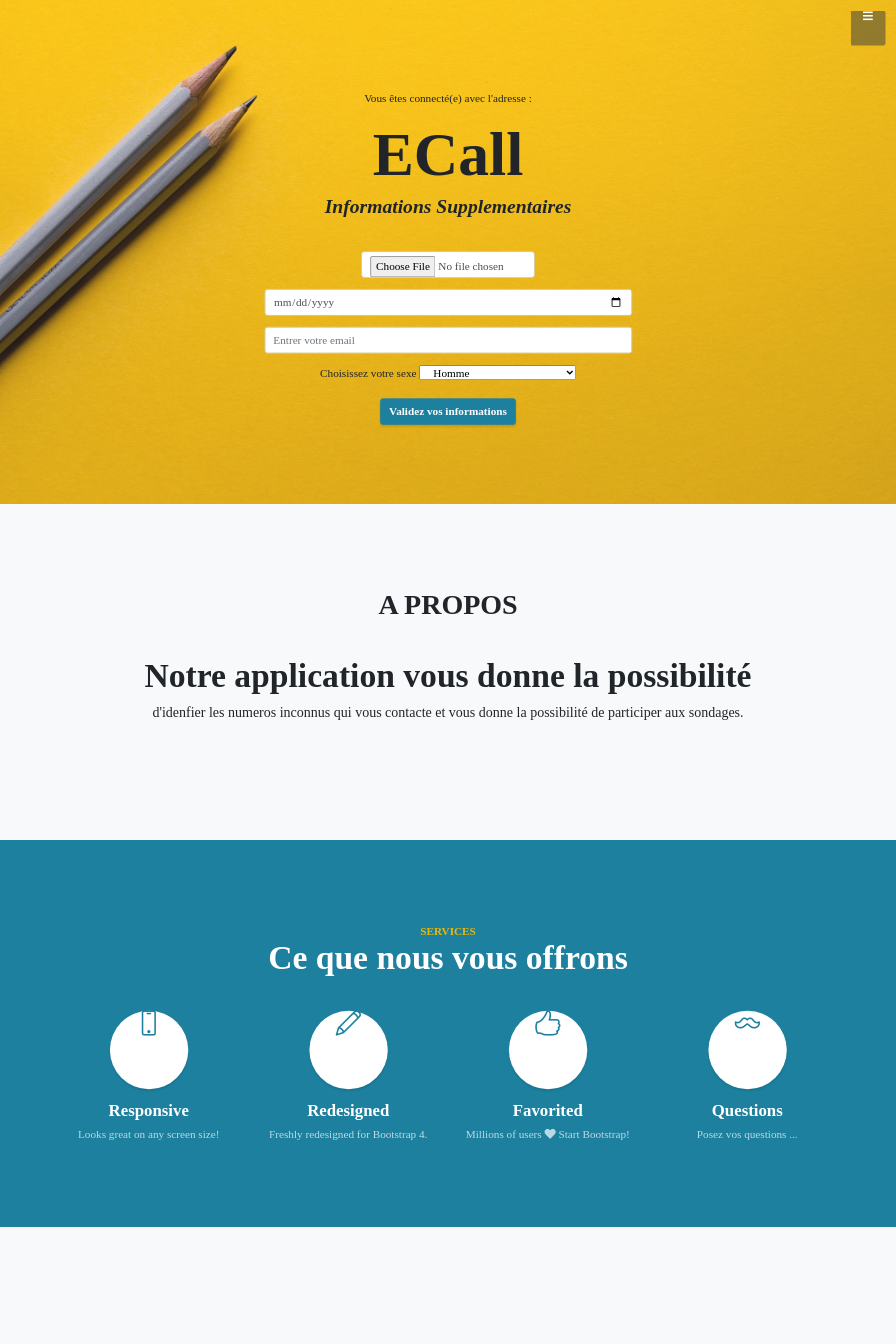
Repository: marco667/E-Callers
Page: http://localhost/E-Call/InfosSupplements
An editor plug-in stored every save of this project. The page is shown before and after the next save, followed by the edit.
The browser window is 1280 px wide. The pictures show the part of the page from y = 0 to 1920 px (the page is 3387 px tall), at 70% of full size.
Some web fonts or font styles are not loaded; a fallback is used. The page is served by Tomcat 9.

Above is the page before, as saved 2019-06-28 19:04:29.

After the next save:
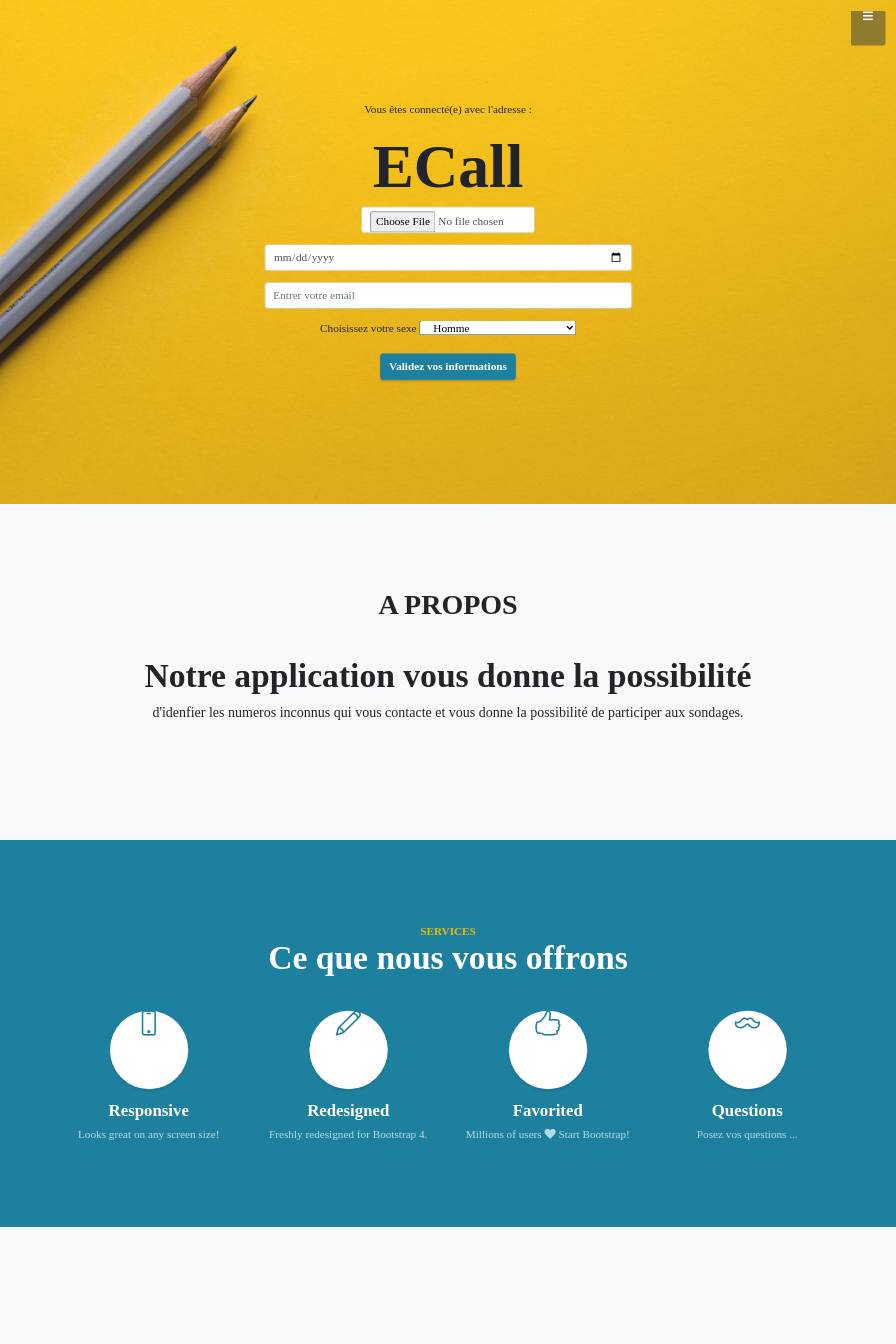
Saved 6 min 23 s later.
--- a/E-Call/WebContent/WEB-INF/formulaire.jsp
+++ b/E-Call/WebContent/WEB-INF/formulaire.jsp
@@ -70,9 +70,6 @@
          </c:if>
 
       <h1 class="mb-1">ECall</h1>
-      <h3 class="mb-5">
-        <em> Informations Supplementaires </em>
-      </h3>
       <div class = "form-group">
 
       		<form class= "form-horizontal" role="form" method="post" action="InfosSupplements" enctype="multipart/form-data" >
